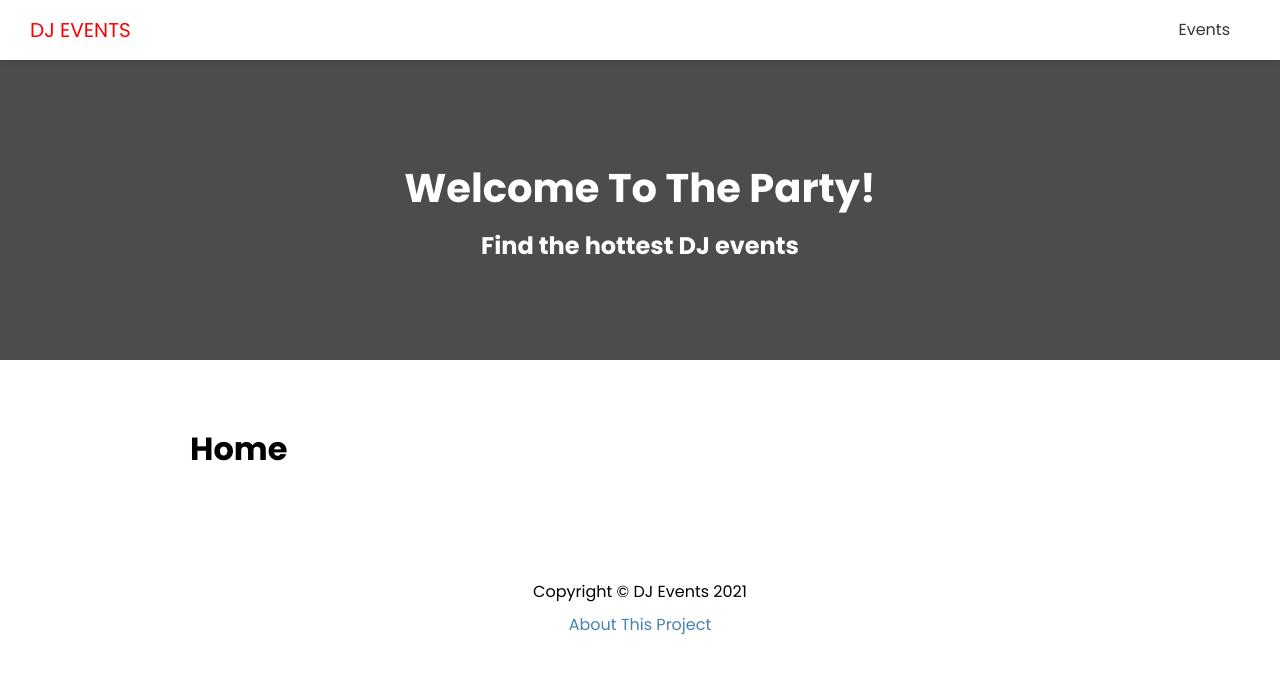
Repository: ShamroOoz/Concerts-Creator-Frontend-Nextjs
Page: /
These files come from the project's save history. The page is drawn as it stood at one moment and after the next save; the edit follows.
The browser window is 1280 px wide. The pictures show the whole page.
The project was rebuilt for these pictures with package versions that can differ from the ones it lists, and the page was loaded fresh each time. The framework's server and built-in components were replaced by stand-ins that run in the browser. Also part of the build but not shown: next.config.js.

Above is the page before, as saved 2021-04-21 15:04:57.

After the next save:
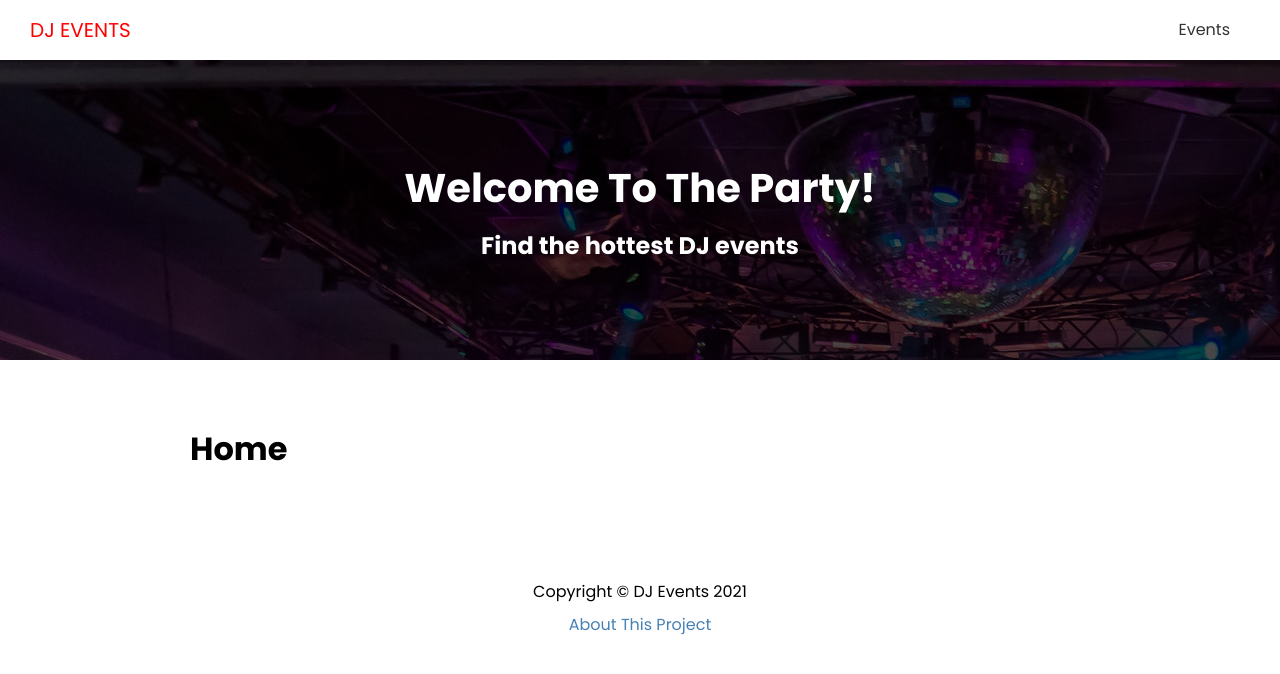
Saved 11 s later.
--- a/styles/Showcase.module.css
+++ b/styles/Showcase.module.css
@@ -1,7 +1,7 @@
 .showcase {
   height: 300px;
   width: 100%;
-  background: #000 url("/images/showcase.jpeg") no-repeat center center cover;
+  background: #000 url("/images/showcase.jpeg") no-repeat;
   color: #fff;
   position: relative;
   display: flex;

After the save that followed:
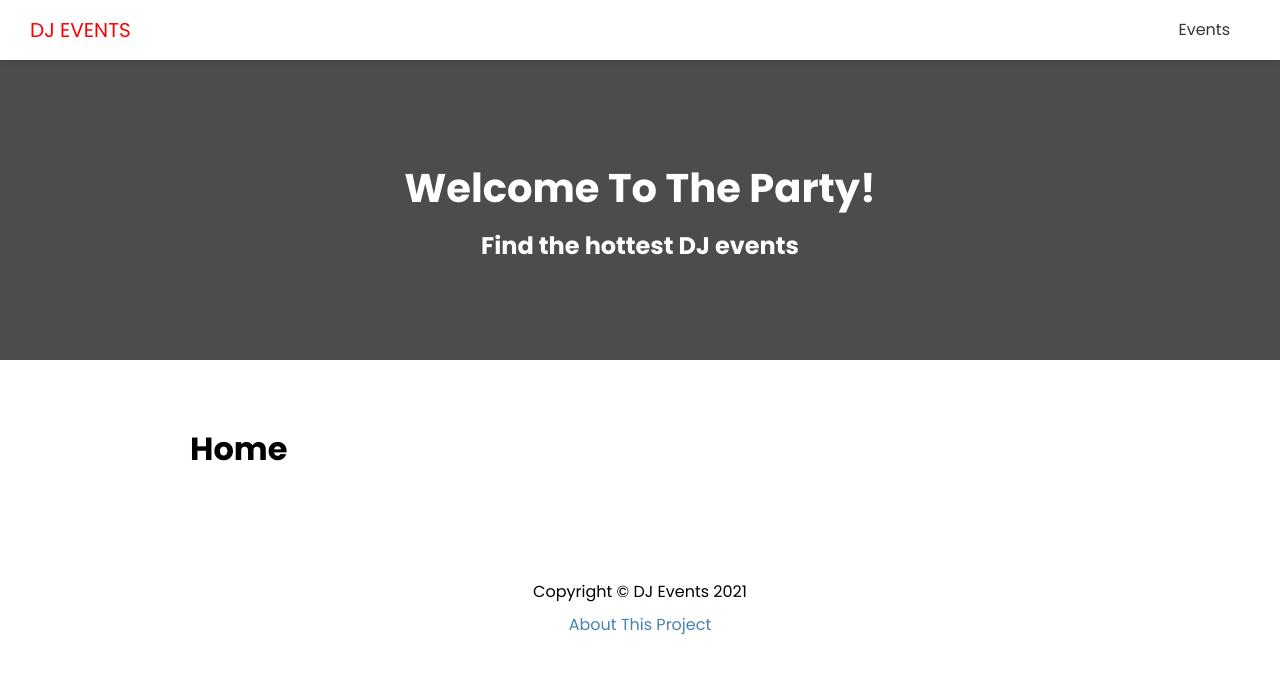
Saved 11 s later.
--- a/styles/Showcase.module.css
+++ b/styles/Showcase.module.css
@@ -1,7 +1,7 @@
 .showcase {
   height: 300px;
   width: 100%;
-  background: #000 url("/images/showcase.jpeg") no-repeat;
+  background: #000 url("/images/showcase.jpeg") no-repeat cover;
   color: #fff;
   position: relative;
   display: flex;
